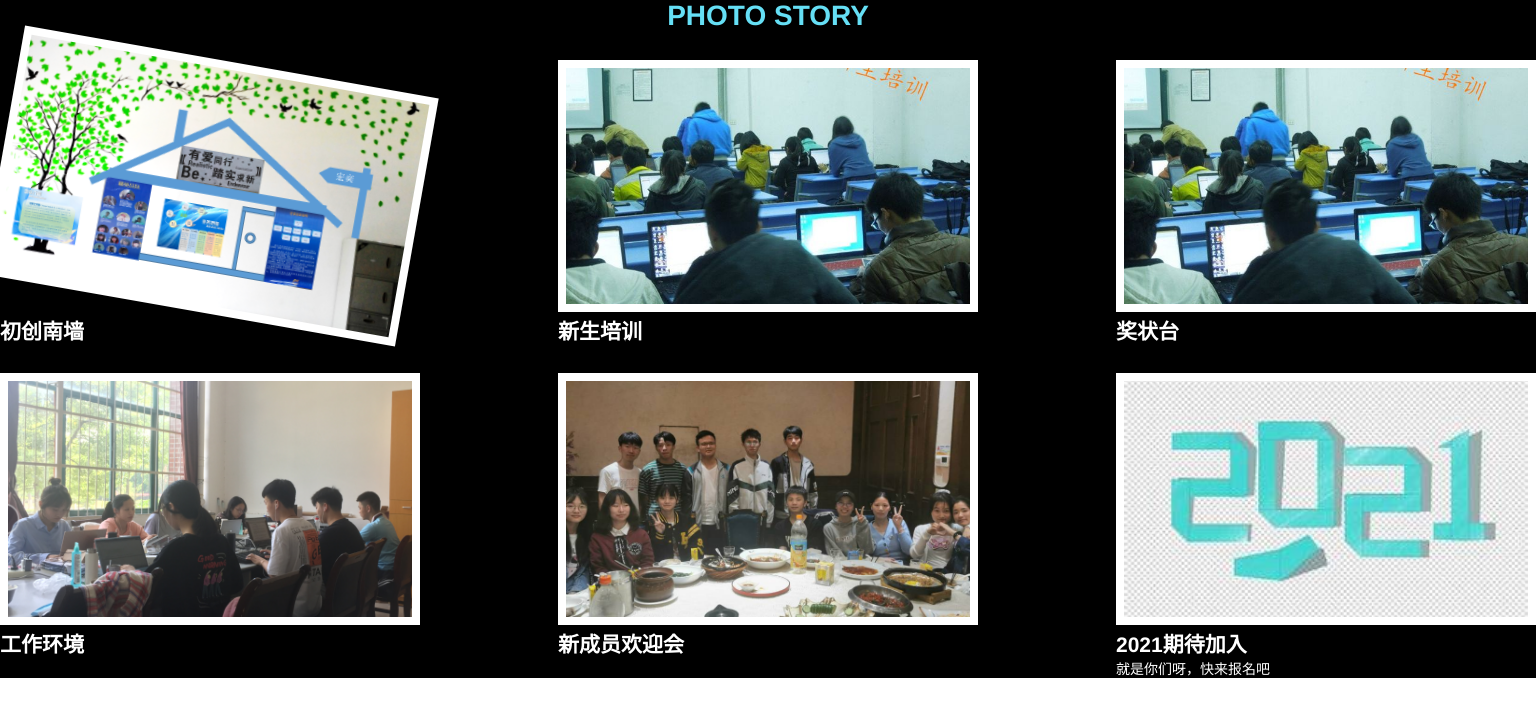
Repository: Homyit20/website
Page: /#/photo
The author's editor kept a copy of each file at every save. The page is drawn from the files as they stood at one save, then again after the next save.
The browser window is 1536 px wide. The pictures show the whole page.
The project was rebuilt for these pictures with package versions that can differ from the ones it lists, and the page was loaded fresh each time. Also part of the build but not shown: vue.config.js.

Above is the page before, as saved 2021-08-10 15:33:35.

### public/index.html
<!DOCTYPE html>
<html lang="">
  <head>
    <meta charset="utf-8">
    <meta http-equiv="X-UA-Compatible" content="IE=edge">
    <meta name="viewport" content="width=device-width,initial-scale=1.0">
    <link rel="icon" href="<%= BASE_URL %>favicon.ico">
    <!-- <title><%= htmlWebpackPlugin.options.title %></title> -->
    <title><%= htmlWebpackPlugin.options.title %></title>
    <style>
      *{
        cursor: url("火箭.ico"),auto;
      }
      .body{
        overflow-x: hidden;
      }
    </style>
  </head>
  <body class="body">
    <noscript>
      <strong>We're sorry but <%= htmlWebpackPlugin.options.title %> doesn't work properly without JavaScript enabled. Please enable it to continue.</strong>
    </noscript>
    <div id="app"></div>
    <!-- built files will be auto injected -->
  </body>
</html>

### src/main.js
import Vue from 'vue'
import App from './App.vue'
import router from './router'
import store from './store'
// import VueCookies from 'vue-cookies'
// import axios from 'axios'
// import VueAxios from 'vue-axios'
import 'animate.css/animate.min.css'
// Vue.use(VueCookies)
// Vue.use(VueAxios, axios);

Vue.config.productionTip = false

new Vue({
  router,
  store,
  render: h => h(App),
}).$mount('#app')

//报名成功或者已报名才可进入二维码页面
router.beforeEach((to, from, next) => {
  //路由导航
  if (to.meta.islogin) {

    if (store.state.success == 1) {
      next()
    } else {
      next({
        path: from.path
      })
    }
  } else {

    if (to.meta.islogin) {
      if (store.state.success == 1) {
        next()
      } else {
        next({
          path: from.path
        })
      }
    } else {
      next()
    }
  }
})
window.onload = function(){
  document.title = "HOMYIT STUDIO"
}

### src/App.vue
<template>
  <div id="app">
    <router-view></router-view>
  </div>
</template>

<script>
// import NavBar from "./components/enter/enter.vue"
export default {
  name: "App"
};
</script>

<style>
* {
  margin: 0;
  padding: 0;
  box-sizing: border-box;
}
html {
  font-size: 14px;
}
#app {
  font-family: Avenir, Helvetica, Arial, sans-serif;
}
</style>

### src/router/index.js
import Vue from 'vue'
import VueRouter from 'vue-router'

Vue.use(VueRouter);

const routes = [
    {
        path: '/',
        redirect: '/enter',
        meta : {
            title : 'enter'
        }
    },
    {
        path: '/technique',
        component: () => import('../views/technique.vue'),
        meta : {
            title : 'technique'
        }
    },
    {
        path: '/develop',
        component: () => import('../views/develop.vue'),
        meta : {
            title : 'develop'
        }
    },
    {
        path: '/enter',
        component: () => import('../views/enter.vue'),
        meta : {
            title : 'enter'
        }
    },
    {
        path: '/login',
        component: () => import('../views/login.vue'),
        redirect: '/login/loginform',
        children: [{
            path: '/login/loginform',
            component: () => import('../components/content/loginform.vue'),
            meta : {
                title : 'login'
            }
        },
        {
            path: '/login/contact',
            component: () => import('../components/content/contact.vue'),
            meta: {
                islogin: true,
                title : 'contact'
            }
        }
        ]
    },
    {
        path: '/home',
        component: () => import('../views/Home.vue'),
        meta : {
            title : 'home'
        }
    }, {
        path: '/background',
        component: () => import('../views/background.vue'),
        meta : {
            title : 'background'
        }
    },
    {
        path : '/photo',
        component : () => import('../views/photo.vue')
    }
]

const router = new VueRouter({
    routes
})

export default router;

### src/store/index.js
import Vue from 'vue'
import Vuex from 'vuex'

Vue.use(Vuex)

const store = new Vuex.Store({
    state : {
        success : 0,
        isnav : false
    },
    mutations : {
        judge(state){
            state.success = 1
        }
    }
})

export default store;

### src/views/photo.vue
<template>
  <div class="photos-back">
    <h1>PHOTO STORY</h1>
    <div class="photo-content">
      <div class="photo-content-img">
        <img src="../assets/techlogin/images/南墙.png" class="photo-animate-one our-photo" @click="changephoto(0)">
        <h2>初创南墙</h2>
        <p></p>
      </div>
      <div class="photo-content-img">
        <img src="../assets/techlogin/images/新生培训.jpg" class="our-photo" @click="changephoto(1)">
        <h2>新生培训</h2>
        <p></p>
      </div>
      <div class="photo-content-img">
        <img src="../assets/techlogin/images/新生培训.jpg" class="our-photo" @click="changephoto(2)">
        <h2>奖状台</h2>
        <p></p>
      </div>
      <div class="photo-content-img">
        <img src="../assets/techlogin/images/工作环境.png" class="our-photo" @click="changephoto(3)">
        <h2>工作环境</h2>
        <p></p>
      </div>
      <div class="photo-content-img">
        <img src="../assets/techlogin/images/2020.jpg" class="our-photo" @click="changephoto(4)">
        <h2>新成员欢迎会</h2>
        <p></p>
      </div>
      <div class="photo-content-img">
        <img src="../assets/techlogin/images/2021.jpg" @click="phototojoin()">
        <h2>2021期待加入</h2>
        <p>就是你们呀，快来报名吧</p>
      </div>
    </div>
  </div>
</template>

<script>
  let photobefore = 0;
  export default {
    name : 'photo',
    methods:{
      changephoto(value){
        let ourphoto = document.getElementsByClassName('our-photo');
        ourphoto[0].classList.remove('photo-animate-one');
        ourphoto[photobefore].classList.remove('photo-animate-one');
        ourphoto[value].classList.add('photo-animate-one');
        photobefore = value;
      },
      phototojoin(){
      this.$router.push({
        path : '/login/loginform'
      })
    }
    }
  }
</script>

<style>
.photos-back{
  width: 100vw;
  background-color: #000;
  display: flex;
  flex-direction: column;
  align-items: center;
  color: #65dff5;
}
.photo-content{
  display: flex;
  justify-content: space-between;
  flex-wrap: wrap;
}
.photo-content-img{
  margin-top: 2rem;
  color: #fff;
}
.photo-content-img img{
  border: 8px solid #fff;
  width: 26rem;
  height: 15rem;
  object-fit: cover;
}
  .photo-animate-one{
    border: 8px solid #65dff5;
    animation: photoone 2s infinite ease-in-out;
  }
/* 动画 */
@keyframes photoone {
  0%{
    transform: rotate(0deg);
  }
  50%{
    transform: rotate(10deg);
  }
  100%{
    transform: rotate(0deg);
  }
}


@media screen and (max-width : 500px){
  .photo-content{
    display: flex;
    flex-direction: column;
    align-items: center;
 }
   .photo-content-img img{
    width: 22rem;
    height: 12rem;
  }
}
@media screen and (min-width: 1500px){
  .photo-content-img img{
    width: 30rem;
    height: 18rem;
  }
}
</style>

After the next save:
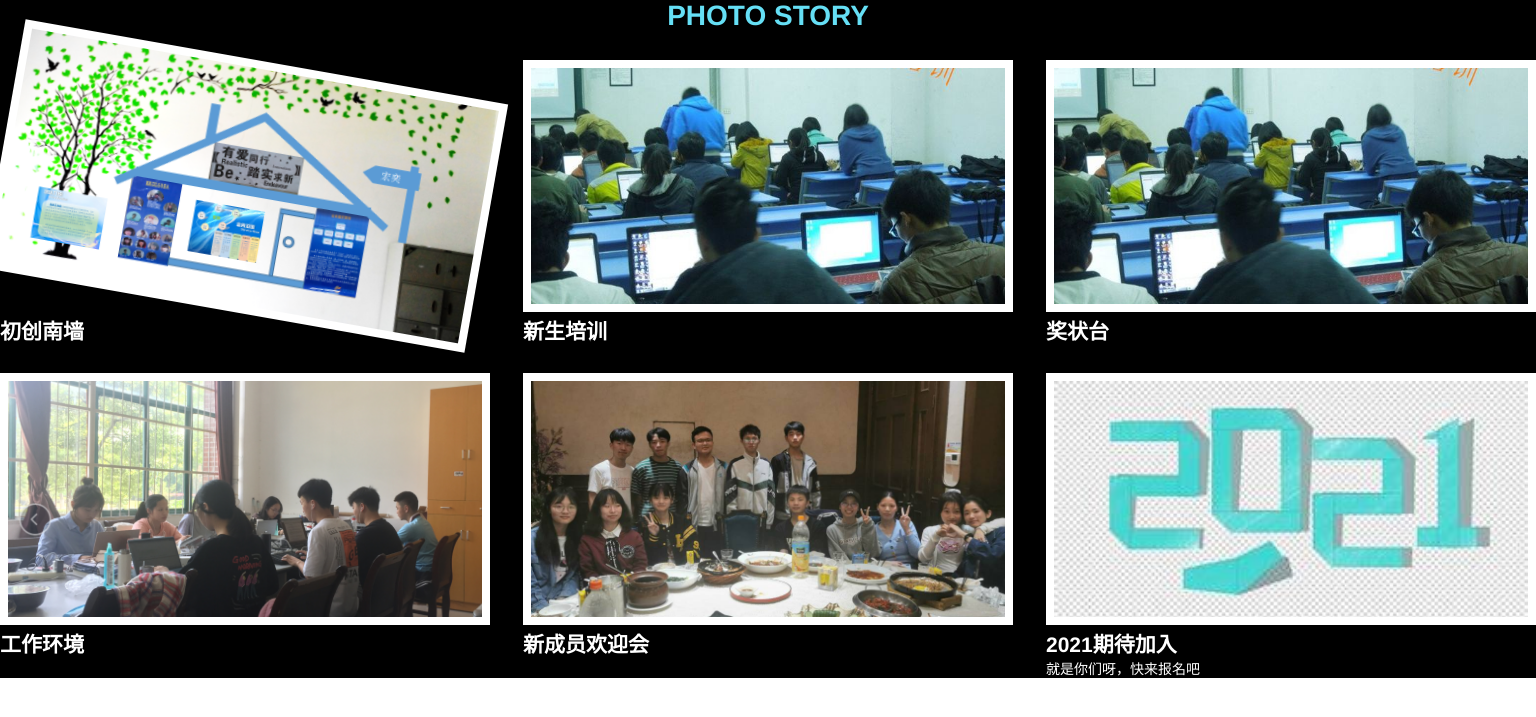
Saved 22 s later.
--- a/src/views/photo.vue
+++ b/src/views/photo.vue
@@ -112,7 +112,7 @@
 }
 @media screen and (min-width: 1500px){
   .photo-content-img img{
-    width: 30rem;
+    width: 35rem;
     height: 18rem;
   }
 }
